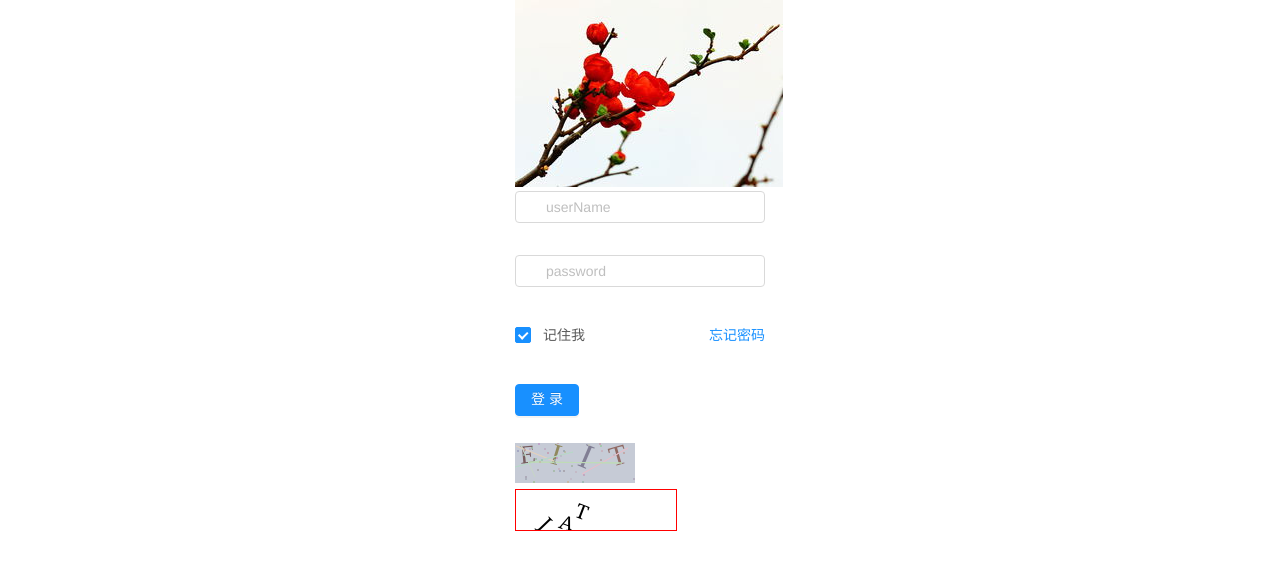
Repository: zhongdm/vue-vuex-antd
Page: /#/login
These files come from the project's save history. The page is drawn as it stood at one moment and after the next save; the edit follows.
The browser window is 1280 px wide. The pictures show the whole page.
The project was rebuilt for these pictures with package versions that can differ from the ones it lists, and the page was loaded fresh each time.

Above is the page before, as saved 2019-03-15 14:30:00.

After the next save:
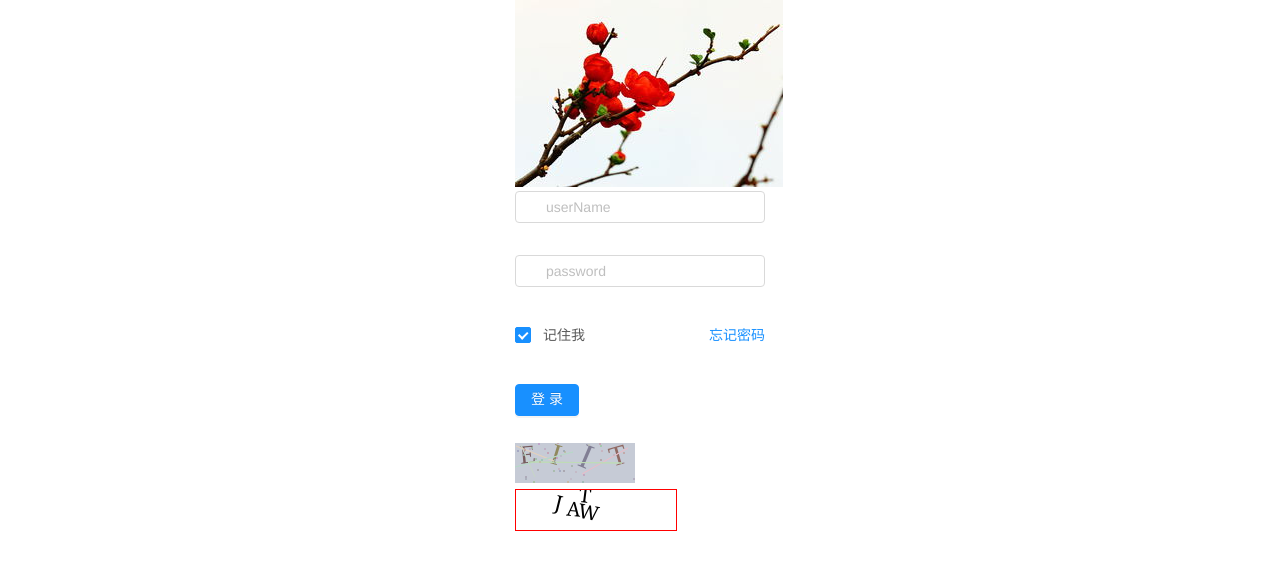
Saved 2 min 8 s later.
--- a/src/components/CustomValidationCode.vue
+++ b/src/components/CustomValidationCode.vue
@@ -42,7 +42,7 @@ export default {
       for (let i = 0; i < 4; i++) {
         let text = String.fromCharCode(this.getIntRandom(26, 'A'.charCodeAt()))
         console.log(text)
-        let angle = this.getIntRandom(60, -30)
+        let angle = this.getIntRandom(20, -10)
         console.log(angle)
         cxt.rotate(angle * Math.PI / 180)
         let pointX = this.getIntRandom(120, angle > 0 ? 30 : 0)
